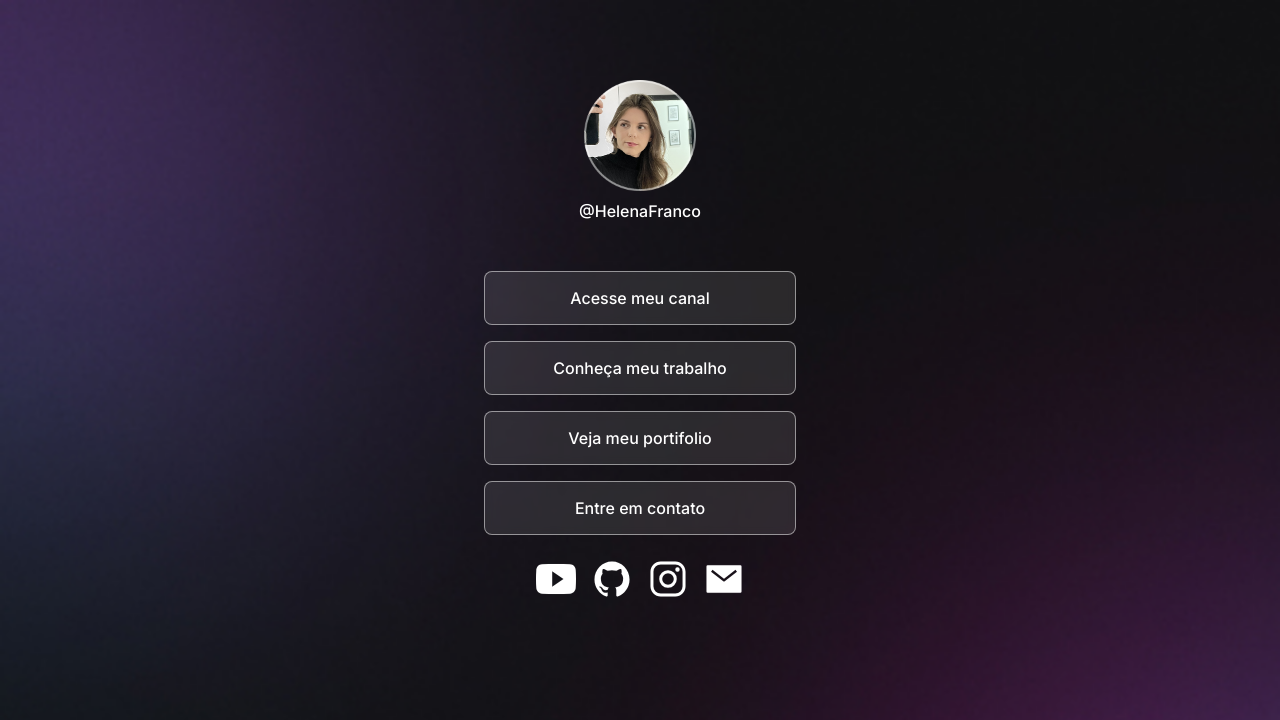
Repository: Fr4nc021/Pagina-de-links-
Page: index.html
The author's editor kept a copy of each file at every save. The page is drawn from the files as they stood at one save, then again after the next save.
The browser window is 1280 px wide. The pictures show the whole page.

Above is the page before, as saved 2025-02-13 20:36:12.

After the next save:
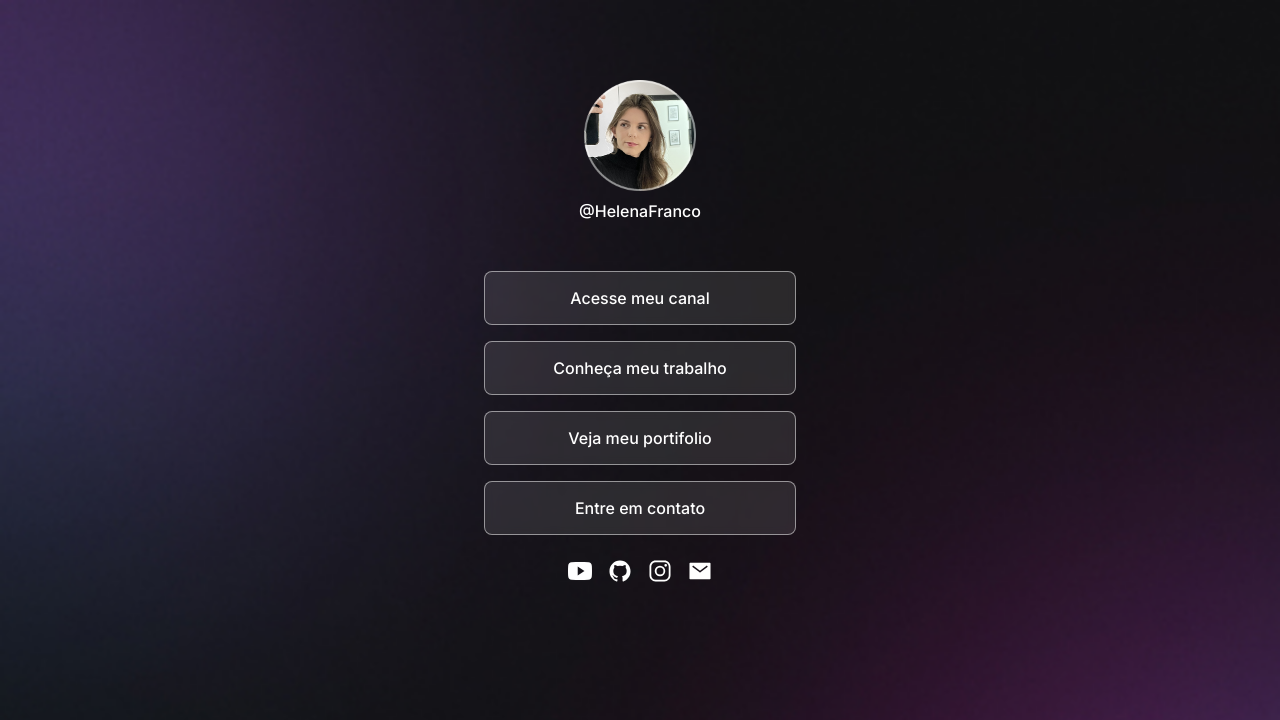
Saved 98 s later.
--- a/style.css
+++ b/style.css
@@ -81,8 +81,10 @@ ul li a {
         display: flex;
         justify-content: center;
         gap: 16px;
+
         margin-top: 24px 0;
-        font-size:40px;
+
+        font-size:24px;
     }
 
     #social-links a{
